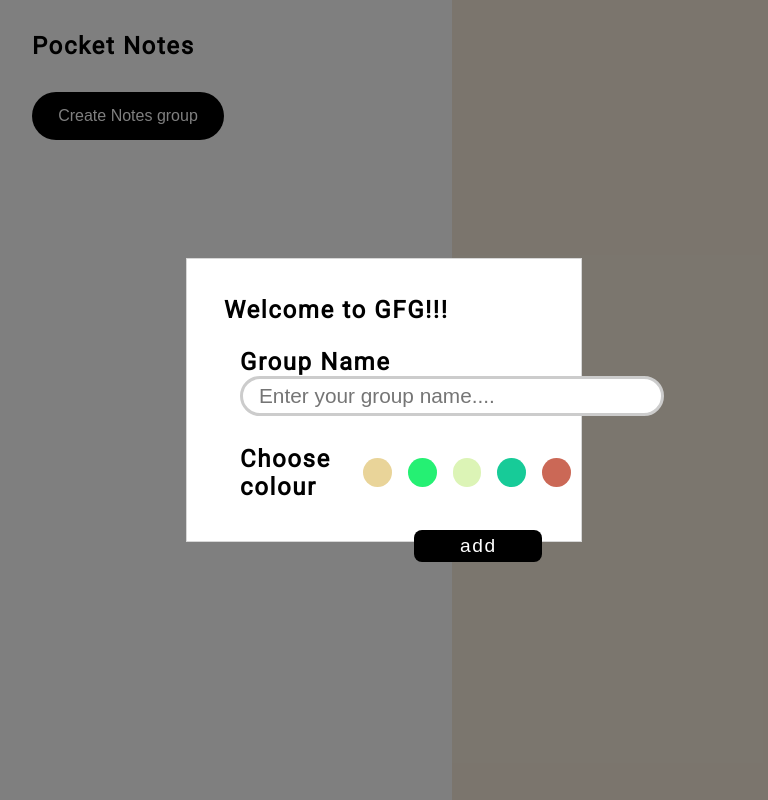
Repository: drumsmanku/react-module-test
Page: /, after clicking the first element matching `button.btn-1`
The author's editor kept a copy of each file at every save. The page is drawn from the files as they stood at one save, then again after the next save.
The browser window is 768 px wide. The pictures show the whole page.
The project was rebuilt for these pictures with package versions that can differ from the ones it lists, and the page was loaded fresh each time. Also part of the build but not shown: src/Components/NotesComponent.js.

Above is the page before, as saved 2023-06-12 20:32:23.

After the next save:
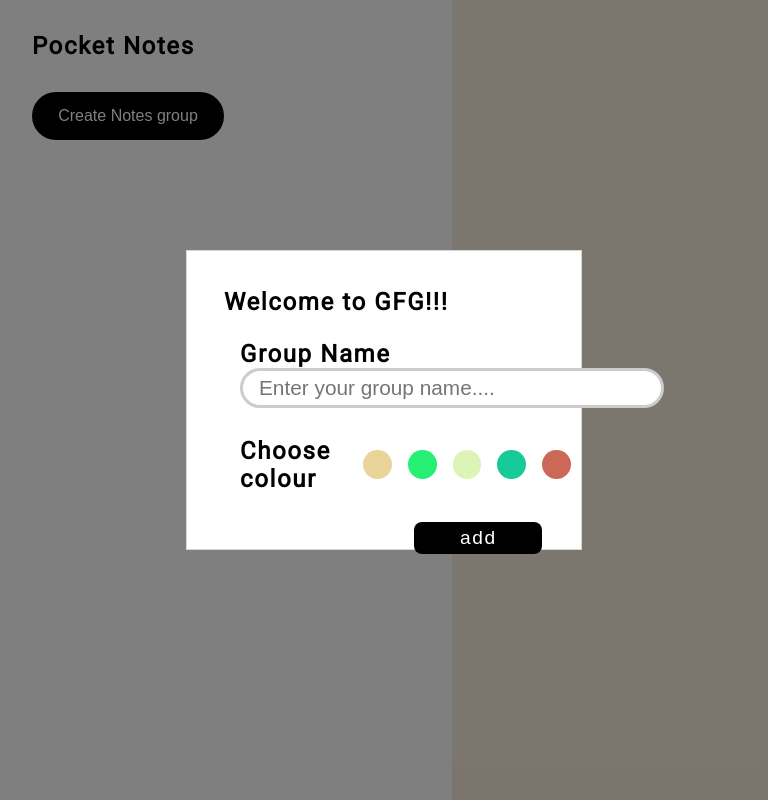
Saved 49 s later.
--- a/src/Components/PopUp.css
+++ b/src/Components/PopUp.css
@@ -21,7 +21,7 @@
     width:12rem;
     font-size: 1rem;
   }
-  .content{
+  .modal{
     font-size: 1rem;
     margin-bottom: 1rem;
   }
